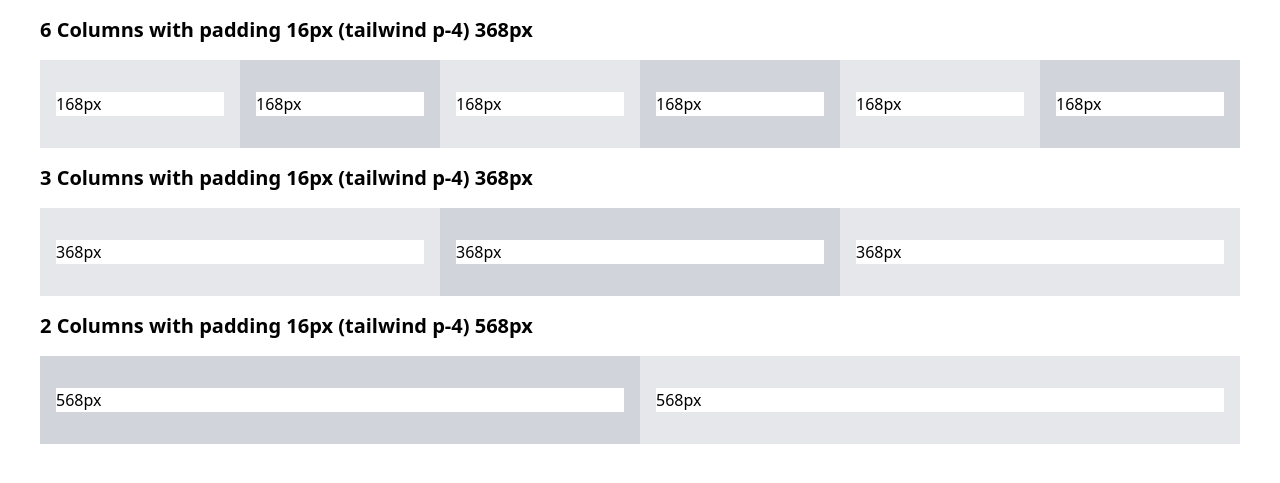
Repository: fabianwurk/vue-tailwind
Page: /
The author's editor kept a copy of each file at every save. The page is drawn from the files as they stood at one save, then again after the next save.
The browser window is 1280 px wide. The pictures show the whole page.
The project was rebuilt for these pictures with package versions that can differ from the ones it lists, and the page was loaded fresh each time. Also part of the build but not shown: vite.config.js.

Above is the page before, as saved 2021-03-15 23:39:15.

After the next save:
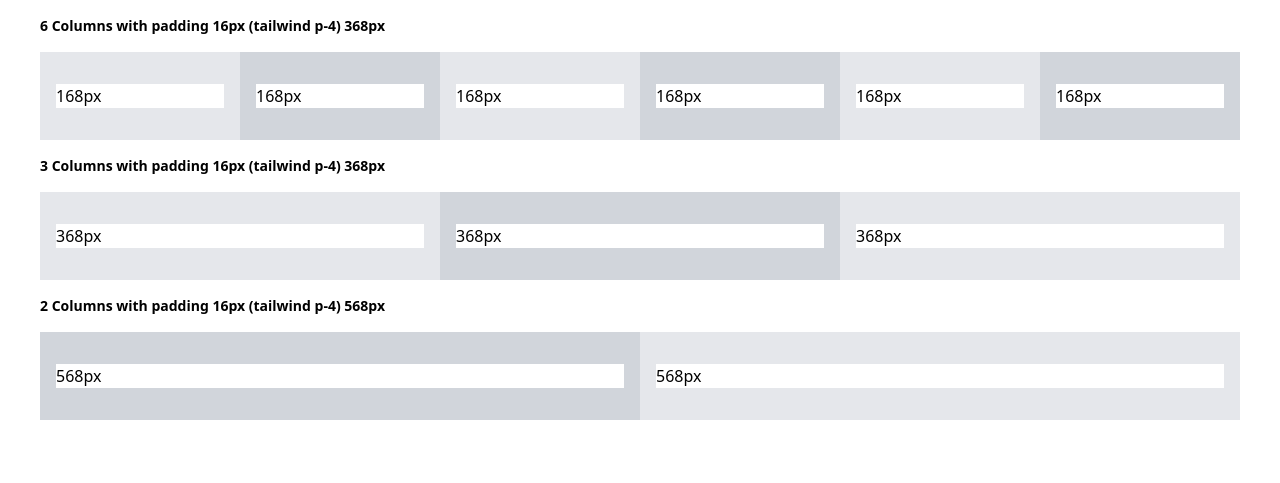
Saved 22 s later.
--- a/src/components/Tail.vue
+++ b/src/components/Tail.vue
@@ -2,7 +2,7 @@
   <div>
 
   <div class="container mx-auto">
-    <h2 class="text-xl font-bold my-4">6 Columns with padding 16px (tailwind p-4) {{ threeCol }}</h2>
+    <h2 class="text-sm font-bold my-4">6 Columns with padding 16px (tailwind p-4) {{ threeCol }}</h2>
     <div class="flex items-center">
       <div class="w-1/6 bg-gray-200 py-8 px-4">
         <span class="bg-white w-full block">{{ sixCol }}</span>
@@ -26,7 +26,7 @@
   </div>
 
   <div class="container mx-auto">
-    <h2 class="text-xl font-bold my-4">3 Columns with padding 16px (tailwind p-4) {{ threeCol }}</h2>
+    <h2 class="text-sm font-bold my-4">3 Columns with padding 16px (tailwind p-4) {{ threeCol }}</h2>
     <div class="flex items-center">
       <div class="w-1/3 bg-gray-200 py-8 px-4">
         <span class="bg-white w-full block">{{ threeCol }}</span>
@@ -41,7 +41,7 @@
   </div>
 
   <div class="container mx-auto">
-    <h2 class="text-xl font-bold my-4">2 Columns with padding 16px (tailwind p-4) {{ twoCol }}</h2>
+    <h2 class="text-sm font-bold my-4">2 Columns with padding 16px (tailwind p-4) {{ twoCol }}</h2>
     <div class="flex items-center">
       <div class="w-1/2 bg-gray-300 py-8 px-4">
         <span class="bg-white w-full block">{{ twoCol }}</span>
